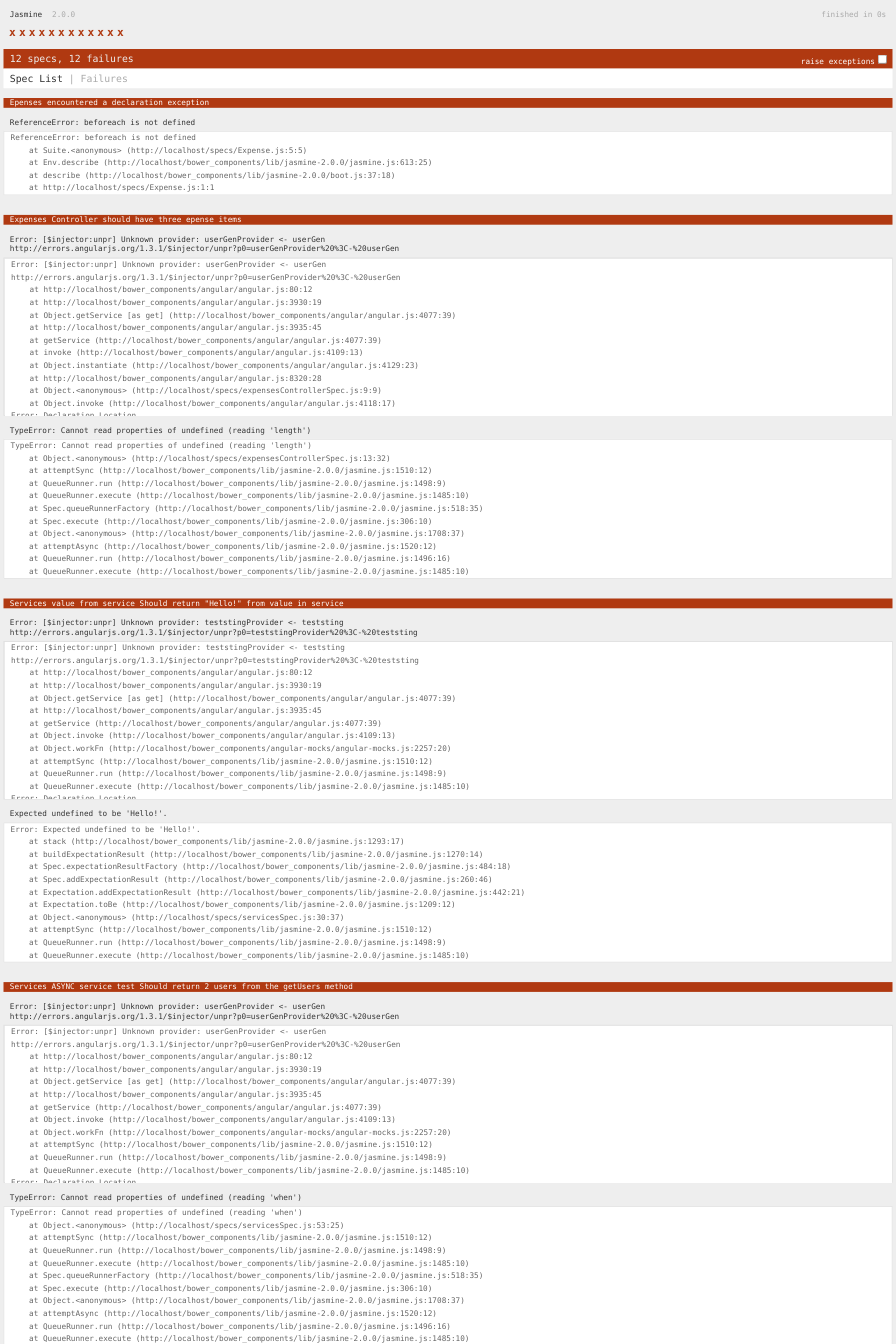
Repository: wesleyduff/angularTestDemo
Page: tests/SpecRunner.html
The author's editor kept a record of every edit. The page is drawn from the files as they stood at one moment, then again after the next edit.
The browser window is 1280 px wide. The pictures show the part of the page from y = 0 to 1920 px (the page is 6271 px tall before and 6381 px after), at 70% of full size.

Above is the page before.

After the next edit:
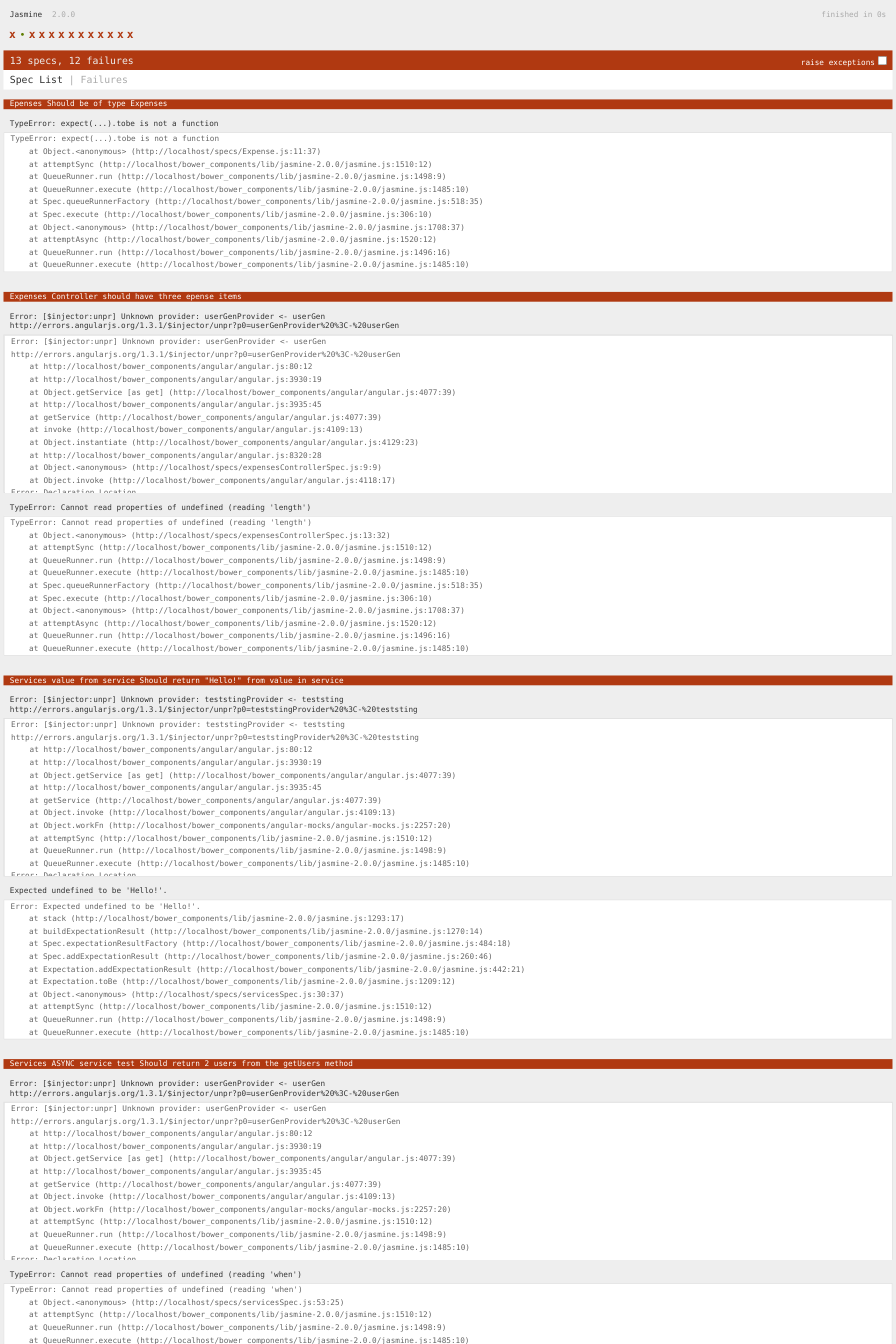
The edit:
--- a/specs/Expense.js
+++ b/specs/Expense.js
@@ -2,7 +2,7 @@
 
     var expense, expenseItem;
 
-    beforeach(function(){
+    beforeEach(function(){
         expenseItem = new ExpenseItem(100);
         expense = new Expense(expenseItem);
     });
